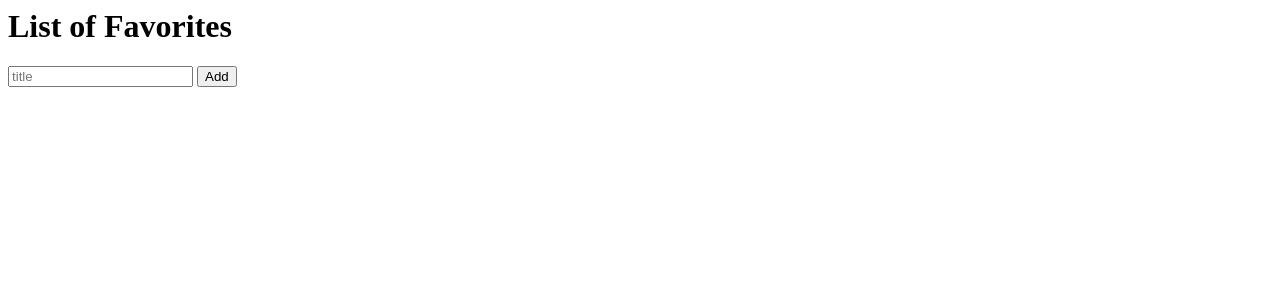
Repository: calyun/WebDevExercises
Page: http://localhost/favorites
The author's editor kept a record of every edit. The page is drawn from the files as they stood at one moment, then again after the next edit.
The browser window is 1280 px wide. The pictures show the whole page.
The page is served by the project's Node server (APIs/app.js).

Above is the page before.

### APIs/views/favorites.ejs
<h1> List of Favorites </h1>

<% favorites.forEach(function(title){ %>
    <li> <%= title %> </li>
<% }); %>


<!-- this form sends a post request to /addfriend -->

<form action="/addfavorite" method="POST">
    <input type="text" name="newfavorite" placeholder="title">
    <button> Add </button>
</form>

### APIs/app.js
var express = require("express");
var app = express();
var request = require("request");
var bodyParser = require("body-parser");

// reads long url version
app.use(bodyParser.urlencoded({extended: true}));

// tells express to use "public" folder
app.use(express.static("public"));
// tells server that "number","posts" indicates "number.ejs","posts.ejs"
app.set("view engine", "ejs");

app.get("/search", function(req, res) {
    res.render("search");
});

app.get("/results", function(req, res){

    var search_term = req.query.search_term;
    var url = "http://omdbapi.com/?s=" + search_term + "&apikey=thewdb";

    request(url, function(error, response, body){
        if (!error && response.statusCode == 200) {
            var data = JSON.parse(body);
            //console.log(data["Search"][0]["Title"]);
            res.render("results", {data: data});
        }
    });

});

var favorites = [];

// app.post triggers only by post request
app.post("/addfavorite", function(req, res){
    var newfavorite = req.body.newfavorite;
    favorites.push(newfavorite);
    res.redirect("/favorites");
});

app.get("/favorites", function(req, res){
    res.render("favorites", {favorites: favorites});
});

app.get("*", function(req, res){
    res.render("404 ERROR");
});

// process.env.PORT listen for Cloud9 port+IP
app.listen(process.env.PORT, process.env.IP, function() {
    console.log("Server initialized.");
})

After the next edit:
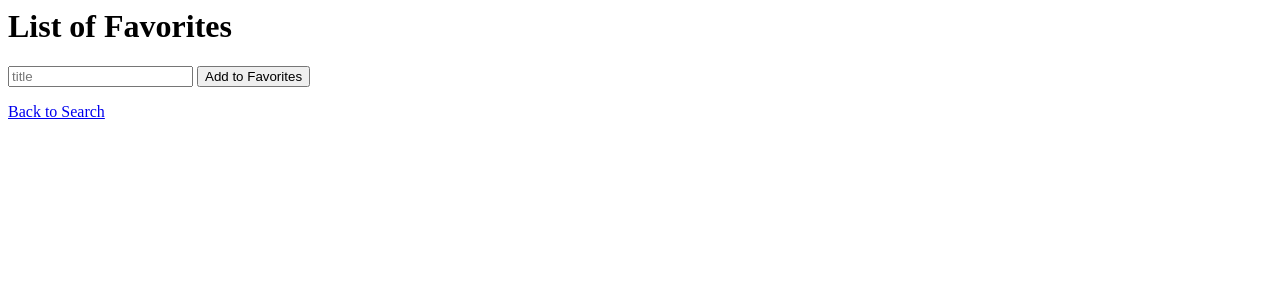
The edit:
--- a/APIs/views/favorites.ejs
+++ b/APIs/views/favorites.ejs
@@ -4,10 +4,12 @@
     <li> <%= title %> </li>
 <% }); %>
 
-
-<!-- this form sends a post request to /addfriend -->
+<!-- this form sends a post request to /addfavorite -->
 
 <form action="/addfavorite" method="POST">
     <input type="text" name="newfavorite" placeholder="title">
-    <button> Add </button>
+    <button> Add to Favorites </button>
 </form>
+
+<!-- add back button -->
+<a href="/search"> Back to Search </a>
